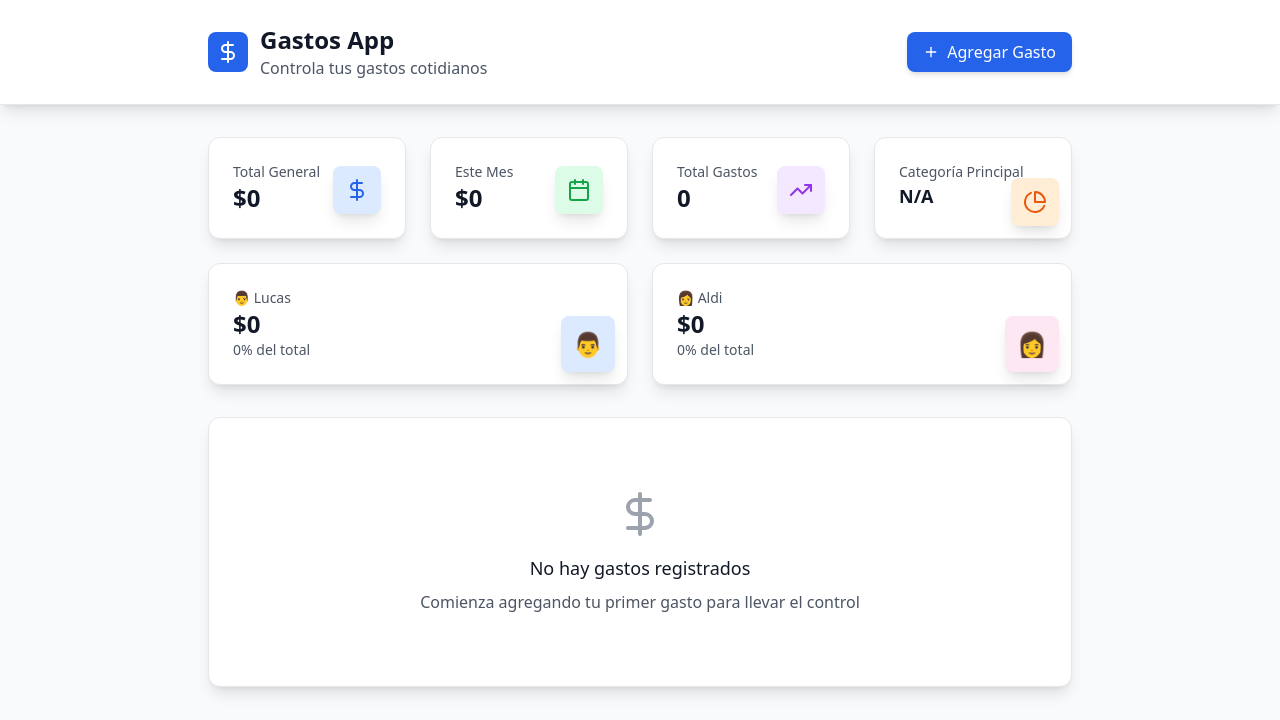
Repository: lucastenaglia/Gastosapp
Page: /
These files come from the project's save history. The page is drawn as it stood at one moment and after the next save; the edit follows.
The browser window is 1280 px wide. The pictures show the whole page.
The page's requests for data from a server got no answer. The project was rebuilt for these pictures with package versions that can differ from the ones it lists, and the page was loaded fresh each time. No one was signed in, and anything a server would have sent is missing. Also part of the build but not shown: vite.config.js, src/components/ExpenseForm.jsx.

Above is the page before, as saved 2025-08-03 21:35:20.

### index.html
<!DOCTYPE html>
<html lang="es">
  <head>
    <meta charset="UTF-8" />
    <link rel="icon" type="image/svg+xml" href="data:[embedded picture, 125 characters]" />
    <meta name="viewport" content="width=device-width, initial-scale=1.0" />
    <title>Gastos App - Control de Gastos Cotidianos</title>
  </head>
  <body>
    <div id="root"></div>
    <script type="module" src="/src/main.jsx"></script>
  </body>
</html>

### src/App.jsx
import { useState, useEffect } from 'react'
import Header from './components/Header'
import ExpenseForm from './components/ExpenseForm'
import ExpenseList from './components/ExpenseList'
import ExpenseSummary from './components/ExpenseSummary'
import { getExpenses, addExpense, updateExpense, deleteExpense } from './services/expenseService'

function App() {
  const [expenses, setExpenses] = useState([])
  const [isFormOpen, setIsFormOpen] = useState(false)
  const [loading, setLoading] = useState(true)
  const [error, setError] = useState(null)

  // Cargar gastos al iniciar la aplicación
  useEffect(() => {
    loadExpenses()
  }, [])

  // Cerrar modal con Escape
  useEffect(() => {
    const handleEscape = (e) => {
      if (e.key === 'Escape' && isFormOpen) {
        setIsFormOpen(false)
      }
    }

    document.addEventListener('keydown', handleEscape)
    return () => document.removeEventListener('keydown', handleEscape)
  }, [isFormOpen])

  const loadExpenses = async () => {
    try {
      setLoading(true)
      const data = await getExpenses()
      setExpenses(data)
      setError(null)
    } catch (err) {
      setError('Error al cargar los gastos')
      console.error(err)
    } finally {
      setLoading(false)
    }
  }

  const handleAddExpense = async (expense) => {
    try {
      const newExpense = await addExpense(expense)
      setExpenses([newExpense, ...expenses])
      setIsFormOpen(false)
    } catch (err) {
      setError('Error al agregar el gasto')
      console.error(err)
    }
  }

  const handleDeleteExpense = async (id) => {
    try {
      await deleteExpense(id)
      setExpenses(expenses.filter(expense => expense.id !== id))
    } catch (err) {
      setError('Error al eliminar el gasto')
      console.error(err)
    }
  }

  const handleEditExpense = async (id, updatedExpense) => {
    try {
      const updated = await updateExpense(id, updatedExpense)
      setExpenses(expenses.map(expense =>
        expense.id === id ? updated : expense
      ))
    } catch (err) {
      setError('Error al actualizar el gasto')
      console.error(err)
    }
  }

  return (
    <div className="min-h-screen bg-gray-50">
      <Header onAddExpense={() => setIsFormOpen(true)} />

      <main className="container mx-auto px-4 py-8 max-w-4xl">
        {error && (
          <div className="bg-red-100 border border-red-400 text-red-700 px-4 py-3 rounded mb-6">
            {error}
          </div>
        )}

        <ExpenseSummary expenses={expenses} />

        <div className="mt-8">
          <ExpenseList
            expenses={expenses}
            onDelete={handleDeleteExpense}
            onEdit={handleEditExpense}
            loading={loading}
          />
        </div>
      </main>

      {/* Modal Overlay */}
      {isFormOpen && (
        <div
          className="fixed inset-0 bg-black bg-opacity-50 flex items-center justify-center z-50 p-4 animate-in fade-in duration-200"
          onClick={() => setIsFormOpen(false)}
        >
          <div
            className="bg-white rounded-xl shadow-2xl max-w-md w-full mx-4 max-h-[90vh] overflow-y-auto animate-in zoom-in-95 duration-200"
            onClick={(e) => e.stopPropagation()}
          >
            <ExpenseForm
              onSubmit={handleAddExpense}
              onCancel={() => setIsFormOpen(false)}
            />
          </div>
        </div>
      )}
    </div>
  )
}

export default App

### src/index.css
@tailwind base;
@tailwind components;
@tailwind utilities;

@layer base {
  body {
    @apply bg-gray-50 text-gray-900;
  }
}

@layer components {
                .btn-primary {
                @apply bg-primary-600 hover:bg-primary-700 text-white font-medium py-2 px-4 rounded-lg transition-all duration-300 shadow-md hover:shadow-lg hover:-translate-y-0.5 transform;
              }

              .btn-secondary {
                @apply bg-gray-200 hover:bg-gray-300 text-gray-800 font-medium py-2 px-4 rounded-lg transition-all duration-300 shadow-md hover:shadow-lg hover:-translate-y-0.5 transform;
              }

                .input-field {
                @apply w-full px-3 py-2 border border-gray-300 rounded-lg focus:outline-none focus:ring-2 focus:ring-primary-500 focus:border-transparent shadow-sm focus:shadow-md transition-all duration-300;
              }

                            .card {
                @apply bg-white rounded-xl shadow-lg border border-gray-200 p-6 transform transition-all duration-300 hover:shadow-2xl hover:-translate-y-1;
              }

              .modal-enter {
                @apply opacity-0 scale-95;
              }

              .modal-enter-active {
                @apply opacity-100 scale-100 transition-all duration-200 ease-out;
              }

              .modal-exit {
                @apply opacity-100 scale-100;
              }

              .modal-exit-active {
                @apply opacity-0 scale-95 transition-all duration-200 ease-in;
              }
}

### src/components/Header.jsx
import { Plus, DollarSign } from 'lucide-react'

const Header = ({ onAddExpense }) => {
  return (
                    <header className="bg-white shadow-lg border-b border-gray-200">
      <div className="container mx-auto px-4 py-6 max-w-4xl">
        <div className="flex items-center justify-between">
          <div className="flex items-center space-x-3">
            <div className="bg-primary-600 p-2 rounded-lg">
              <DollarSign className="h-6 w-6 text-white" />
            </div>
            <div>
              <h1 className="text-2xl font-bold text-gray-900">Gastos App</h1>
              <p className="text-gray-600">Controla tus gastos cotidianos</p>
            </div>
          </div>

          <button
            onClick={onAddExpense}
            className="btn-primary flex items-center space-x-2"
          >
            <Plus className="h-4 w-4" />
            <span>Agregar Gasto</span>
          </button>
        </div>
      </div>
    </header>
  )
}

export default Header

### src/components/ExpenseList.jsx
import { useState } from 'react'
import { Trash2, Edit, Calendar, DollarSign } from 'lucide-react'

const ExpenseList = ({ expenses, onDelete, onEdit, loading }) => {
  const [editingId, setEditingId] = useState(null)
  const [editForm, setEditForm] = useState({})

  const categoryIcons = {
    comida: '🍽️',
    super: '🛒',
    auto: '🚗',
    entretenimiento: '🎮',
    salud: '💊',
    ropa: '👕',
    hogar: '🏠',
    otros: '📦'
  }

  const categoryColors = {
    comida: 'bg-orange-100 text-orange-800',
    super: 'bg-red-100 text-red-800',
    auto: 'bg-blue-100 text-blue-800',
    entretenimiento: 'bg-purple-100 text-purple-800',
    salud: 'bg-green-100 text-green-800',
    ropa: 'bg-pink-100 text-pink-800',
    hogar: 'bg-yellow-100 text-yellow-800',
    otros: 'bg-gray-100 text-gray-800'
  }

  const handleEdit = (expense) => {
    setEditingId(expense.id)
    setEditForm({
      description: expense.description,
      amount: expense.amount.toString(),
      category: expense.category,
      person: expense.person || 'lucas',
      date: expense.date
    })
  }

  const handleSaveEdit = (id) => {
    onEdit(id, {
      ...editForm,
      amount: parseFloat(editForm.amount)
    })
    setEditingId(null)
    setEditForm({})
  }

  const handleCancelEdit = () => {
    setEditingId(null)
    setEditForm({})
  }

  const formatDate = (dateString) => {
    const date = new Date(dateString)
    return date.toLocaleDateString('es-ES', {
      year: 'numeric',
      month: 'short',
      day: 'numeric'
    })
  }

  if (loading) {
    return (
      <div className="card">
        <div className="text-center py-12">
          <div className="animate-spin rounded-full h-12 w-12 border-b-2 border-primary-600 mx-auto mb-4"></div>
          <h3 className="text-lg font-medium text-gray-900 mb-2">
            Cargando gastos...
          </h3>
          <p className="text-gray-600">
            Conectando con la base de datos
          </p>
        </div>
      </div>
    )
  }

  if (expenses.length === 0) {
    return (
      <div className="card">
        <div className="text-center py-12">
          <DollarSign className="h-12 w-12 text-gray-400 mx-auto mb-4" />
          <h3 className="text-lg font-medium text-gray-900 mb-2">
            No hay gastos registrados
          </h3>
          <p className="text-gray-600">
            Comienza agregando tu primer gasto para llevar el control
          </p>
        </div>
      </div>
    )
  }

  return (
    <div className="card">
      <h2 className="text-xl font-semibold text-gray-900 mb-6">
        Historial de Gastos
      </h2>

      <div className="space-y-3">
        {expenses.map(expense => (
          <div key={expense.id} className="border border-gray-200 rounded-lg p-3 sm:p-4 bg-white shadow-md hover:shadow-xl hover:-translate-y-1 transform transition-all duration-300">
            {editingId === expense.id ? (
              <div className="space-y-3">
                <input
                  type="text"
                  value={editForm.description}
                  onChange={(e) => setEditForm({...editForm, description: e.target.value})}
                  className="input-field"
                />
                <div className="grid grid-cols-1 sm:grid-cols-2 gap-3">
                  <input
                    type="number"
                    value={editForm.amount}
                    onChange={(e) => setEditForm({...editForm, amount: e.target.value})}
                    className="input-field"
                    step="1"
                    min="0"
                  />
                  <select
                    value={editForm.category}
                    onChange={(e) => setEditForm({...editForm, category: e.target.value})}
                    className="input-field"
                  >
                    <option value="comida">🍽️ Comida</option>
                    <option value="super">🛒 Super</option>
                    <option value="auto">🚗 Auto</option>
                    <option value="entretenimiento">🎮 Entretenimiento</option>
                    <option value="salud">💊 Salud</option>
                    <option value="ropa">👕 Ropa</option>
                    <option value="hogar">🏠 Hogar</option>
                    <option value="otros">📦 Otros</option>
                  </select>
                </div>
                <div className="grid grid-cols-1 sm:grid-cols-2 gap-3">
                  <select
                    value={editForm.person}
                    onChange={(e) => setEditForm({...editForm, person: e.target.value})}
                    className="input-field"
                  >
                    <option value="lucas">👨 Lucas</option>
                    <option value="aldi">👩 Aldi</option>
                  </select>
                  <input
                    type="date"
                    value={editForm.date}
                    onChange={(e) => setEditForm({...editForm, date: e.target.value})}
                    className="input-field"
                  />
                </div>
                <div className="flex space-x-2">
                  <button
                    onClick={() => handleSaveEdit(expense.id)}
                    className="btn-primary text-sm flex-1"
                  >
                    Guardar
                  </button>
                  <button
                    onClick={handleCancelEdit}
                    className="btn-secondary text-sm flex-1"
                  >
                    Cancelar
                  </button>
                </div>
              </div>
            ) : (
              <div className="space-y-3">
                {/* Header con icono, descripción y monto */}
                <div className="flex items-start justify-between">
                  <div className="flex items-center space-x-3 flex-1 min-w-0">
                    <div className={`p-2 rounded-lg flex-shrink-0 ${categoryColors[expense.category]}`}>
                      <span className="text-lg">{categoryIcons[expense.category]}</span>
                    </div>

                    <div className="flex-1 min-w-0">
                      <h3 className="font-medium text-gray-900 truncate">
                        {expense.description}
                      </h3>
                      <div className="flex items-center space-x-2 text-sm text-gray-600 mt-1">
                        <span className="flex items-center space-x-1">
                          <Calendar className="h-3 w-3" />
                          <span className="hidden sm:inline">{formatDate(expense.date)}</span>
                          <span className="sm:hidden">{new Date(expense.date).toLocaleDateString('es-ES', { day: '2-digit', month: '2-digit' })}</span>
                        </span>
                        <span className="hidden sm:inline">•</span>
                        <span className="capitalize text-xs sm:text-sm">{expense.category}</span>
                      </div>
                    </div>
                  </div>

                  <div className="flex items-center space-x-2 flex-shrink-0">
                    <span className="text-lg font-semibold text-gray-900">
                      ${expense.amount}
                    </span>

                    <div className="flex space-x-1">
                      <button
                        onClick={() => handleEdit(expense)}
                        className="p-1 text-gray-400 hover:text-blue-600 transition-colors"
                        title="Editar"
                      >
                        <Edit className="h-4 w-4" />
                      </button>
                      <button
                        onClick={() => onDelete(expense.id)}
                        className="p-1 text-gray-400 hover:text-red-600 transition-colors"
                        title="Eliminar"
                      >
                        <Trash2 className="h-4 w-4" />
                      </button>
                    </div>
                  </div>
                </div>

                {/* Información adicional en móvil */}
                <div className="sm:hidden flex items-center justify-between text-sm text-gray-600 border-t pt-2">
                  <span className="flex items-center space-x-1">
                    <span>{expense.person === 'lucas' ? '👨' : '👩'}</span>
                    <span className="capitalize">{expense.person || 'lucas'}</span>
                  </span>
                  <span className="text-xs">
                    {new Date(expense.date).toLocaleDateString('es-ES', { year: 'numeric' })}
                  </span>
                </div>
              </div>
            )}
          </div>
        ))}
      </div>
    </div>
  )
}

export default ExpenseList

### src/components/ExpenseSummary.jsx
import { TrendingUp, Calendar, DollarSign, PieChart } from 'lucide-react'

const ExpenseSummary = ({ expenses }) => {
  const totalExpenses = expenses.reduce((sum, expense) => sum + expense.amount, 0)

  const today = new Date()
  const thisMonth = today.getMonth()
  const thisYear = today.getFullYear()

  const monthlyExpenses = expenses.filter(expense => {
    const expenseDate = new Date(expense.date)
    return expenseDate.getMonth() === thisMonth && expenseDate.getFullYear() === thisYear
  })

  const monthlyTotal = monthlyExpenses.reduce((sum, expense) => sum + expense.amount, 0)

  const categoryTotals = expenses.reduce((acc, expense) => {
    acc[expense.category] = (acc[expense.category] || 0) + expense.amount
    return acc
  }, {})

  const topCategory = Object.entries(categoryTotals).sort(([,a], [,b]) => b - a)[0]

  // Estadísticas por persona
  const personTotals = expenses.reduce((acc, expense) => {
    const person = expense.person || 'lucas'
    acc[person] = (acc[person] || 0) + expense.amount
    return acc
  }, {})

  const lucasTotal = personTotals.lucas || 0
  const aldiTotal = personTotals.aldi || 0

  const formatCurrency = (amount) => {
    return `$${Math.round(amount).toLocaleString('en-US')}`
  }

  return (
    <div className="space-y-4 sm:space-y-6">
      {/* Primera fila - Estadísticas generales */}
      <div className="grid grid-cols-2 lg:grid-cols-4 gap-3 sm:gap-6">
                 {/* Total General */}
         <div className="card relative p-4 sm:p-6">
           <div className="flex items-end justify-between">
             <div>
               <p className="text-xs sm:text-sm font-medium text-gray-600">Total General</p>
               <p className="text-lg sm:text-2xl font-bold text-gray-900">
                 {formatCurrency(totalExpenses)}
               </p>
             </div>
             <div className="bg-blue-100 p-2 sm:p-3 rounded-lg shadow-lg">
               <DollarSign className="h-4 w-4 sm:h-6 sm:w-6 text-blue-600" />
             </div>
           </div>
         </div>

                 {/* Gastos del Mes */}
         <div className="card relative p-4 sm:p-6">
           <div className="flex items-end justify-between">
             <div>
               <p className="text-xs sm:text-sm font-medium text-gray-600">Este Mes</p>
               <p className="text-lg sm:text-2xl font-bold text-gray-900">
                 {formatCurrency(monthlyTotal)}
               </p>
             </div>
             <div className="bg-green-100 p-2 sm:p-3 rounded-lg shadow-lg">
               <Calendar className="h-4 w-4 sm:h-6 sm:w-6 text-green-600" />
             </div>
           </div>
         </div>

                 {/* Total de Gastos */}
         <div className="card relative p-4 sm:p-6">
           <div className="flex items-end justify-between">
             <div>
               <p className="text-xs sm:text-sm font-medium text-gray-600">Total Gastos</p>
               <p className="text-lg sm:text-2xl font-bold text-gray-900">
                 {expenses.length}
               </p>
             </div>
             <div className="bg-purple-100 p-2 sm:p-3 rounded-lg shadow-lg">
               <TrendingUp className="h-4 w-4 sm:h-6 sm:w-6 text-purple-600" />
             </div>
           </div>
         </div>

                 {/* Categoría Principal */}
         <div className="card relative p-4 sm:p-6">
           <div>
             <p className="text-xs sm:text-sm font-medium text-gray-600">Categoría Principal</p>
             <p className="text-base sm:text-lg font-semibold text-gray-900 capitalize">
               {topCategory ? topCategory[0] : 'N/A'}
             </p>
             {topCategory && (
               <p className="text-xs sm:text-sm text-gray-600">
                 {formatCurrency(topCategory[1])}
               </p>
             )}
           </div>
           <div className="absolute bottom-2 right-2 sm:bottom-3 sm:right-3 bg-orange-100 p-2 sm:p-3 rounded-lg shadow-lg">
             <PieChart className="h-4 w-4 sm:h-6 sm:w-6 text-orange-600" />
           </div>
         </div>
      </div>

      {/* Segunda fila - Estadísticas por persona */}
      <div className="grid grid-cols-1 sm:grid-cols-2 gap-3 sm:gap-6">
                 {/* Gastos de Lucas */}
         <div className="card relative p-4 sm:p-6">
           <div>
             <p className="text-xs sm:text-sm font-medium text-gray-600">👨 Lucas</p>
             <p className="text-lg sm:text-2xl font-bold text-gray-900">
               {formatCurrency(lucasTotal)}
             </p>
             <p className="text-xs sm:text-sm text-gray-600">
               {totalExpenses > 0 ? `${((lucasTotal / totalExpenses) * 100).toFixed(1)}%` : '0%'} del total
             </p>
           </div>
           <div className="absolute bottom-2 right-2 sm:bottom-3 sm:right-3 bg-blue-100 p-2 sm:p-3 rounded-lg shadow-lg">
             <span className="text-lg sm:text-2xl">👨</span>
           </div>
         </div>

                 {/* Gastos de Aldi */}
         <div className="card relative p-4 sm:p-6">
           <div>
             <p className="text-xs sm:text-sm font-medium text-gray-600">👩 Aldi</p>
             <p className="text-lg sm:text-2xl font-bold text-gray-900">
               {formatCurrency(aldiTotal)}
             </p>
             <p className="text-xs sm:text-sm text-gray-600">
               {totalExpenses > 0 ? `${((aldiTotal / totalExpenses) * 100).toFixed(1)}%` : '0%'} del total
             </p>
           </div>
           <div className="absolute bottom-2 right-2 sm:bottom-3 sm:right-3 bg-pink-100 p-2 sm:p-3 rounded-lg shadow-lg">
             <span className="text-lg sm:text-2xl">👩</span>
           </div>
         </div>
      </div>
    </div>
  )
}

export default ExpenseSummary

### src/lib/supabase.js
import { createClient } from '@supabase/supabase-js'

// Configuración de Supabase
const supabaseUrl = 'https://tiarifmkqcayodakifqu.supabase.co'
const supabaseAnonKey = 'eyJhbGciOiJIUzI1NiIsInR5cCI6IkpXVCJ9.eyJpc3MiOiJzdXBhYmFzZSIsInJlZiI6InRpYXJpZm1rcWNheW9kYWtpZnF1Iiwicm9sZSI6ImFub24iLCJpYXQiOjE3NTQyMzYxMzcsImV4cCI6MjA2OTgxMjEzN30.qJr6Xvo0UF5_XPq4UWidASjwgjcWPFJ8CqR6mAHSsTU'

export const supabase = createClient(supabaseUrl, supabaseAnonKey)

### tailwind.config.js
/** @type {import('tailwindcss').Config} */
export default {
  content: [
    "./index.html",
    "./src/**/*.{js,ts,jsx,tsx}",
  ],
  theme: {
    extend: {
      colors: {
        primary: {
          50: '#eff6ff',
          500: '#3b82f6',
          600: '#2563eb',
          700: '#1d4ed8',
        }
      }
    },
  },
  plugins: [],
}

Loaded but not shown: src/main.jsx (common file); src/services/expenseService.js (78 lines, source omitted)

After the next save:
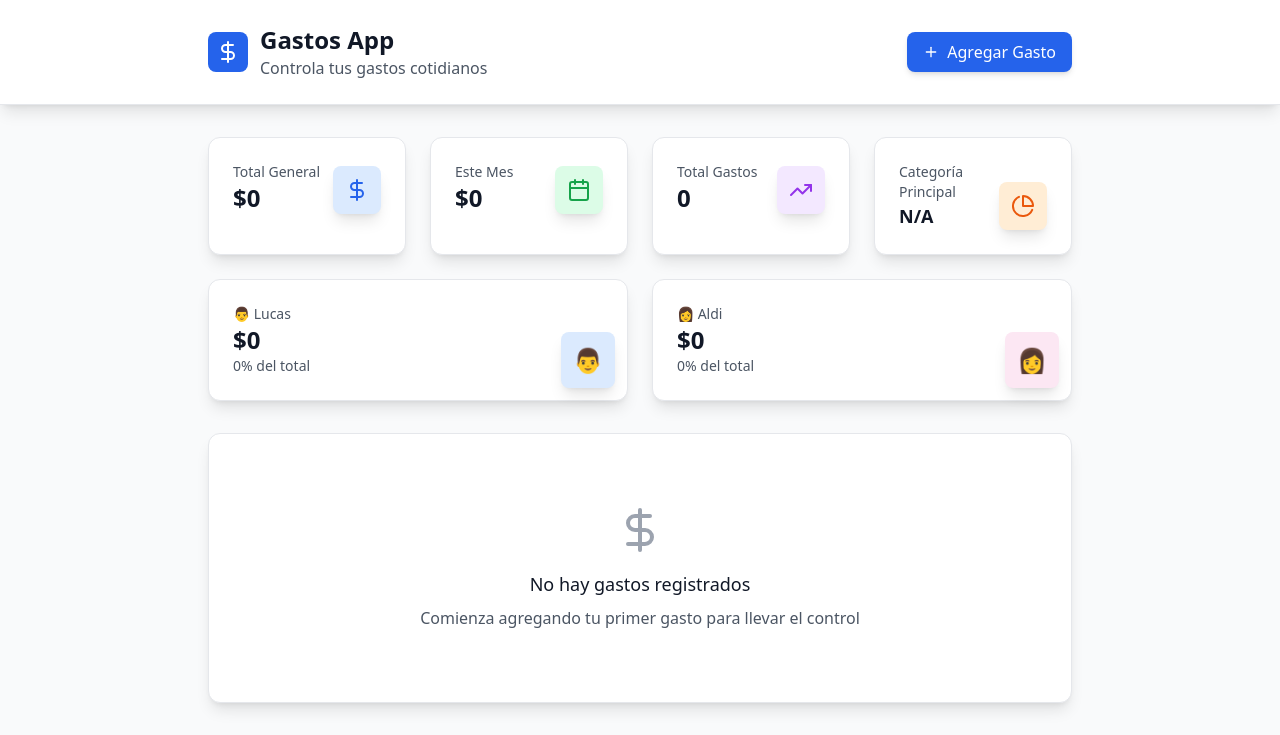
Saved 13 s later.
--- a/src/components/ExpenseSummary.jsx
+++ b/src/components/ExpenseSummary.jsx
@@ -86,19 +86,21 @@ const ExpenseSummary = ({ expenses }) => {
 
                  {/* Categoría Principal */}
          <div className="card relative p-4 sm:p-6">
-           <div>
-             <p className="text-xs sm:text-sm font-medium text-gray-600">Categoría Principal</p>
-             <p className="text-base sm:text-lg font-semibold text-gray-900 capitalize">
-               {topCategory ? topCategory[0] : 'N/A'}
-             </p>
-             {topCategory && (
-               <p className="text-xs sm:text-sm text-gray-600">
-                 {formatCurrency(topCategory[1])}
+           <div className="flex items-end justify-between">
+             <div>
+               <p className="text-xs sm:text-sm font-medium text-gray-600">Categoría Principal</p>
+               <p className="text-base sm:text-lg font-semibold text-gray-900 capitalize">
+                 {topCategory ? topCategory[0] : 'N/A'}
                </p>
-             )}
-           </div>
-           <div className="absolute bottom-2 right-2 sm:bottom-3 sm:right-3 bg-orange-100 p-2 sm:p-3 rounded-lg shadow-lg">
-             <PieChart className="h-4 w-4 sm:h-6 sm:w-6 text-orange-600" />
+               {topCategory && (
+                 <p className="text-xs sm:text-sm text-gray-600">
+                   {formatCurrency(topCategory[1])}
+                 </p>
+               )}
+             </div>
+             <div className="bg-orange-100 p-2 sm:p-3 rounded-lg shadow-lg">
+               <PieChart className="h-4 w-4 sm:h-6 sm:w-6 text-orange-600" />
+             </div>
            </div>
          </div>
       </div>
